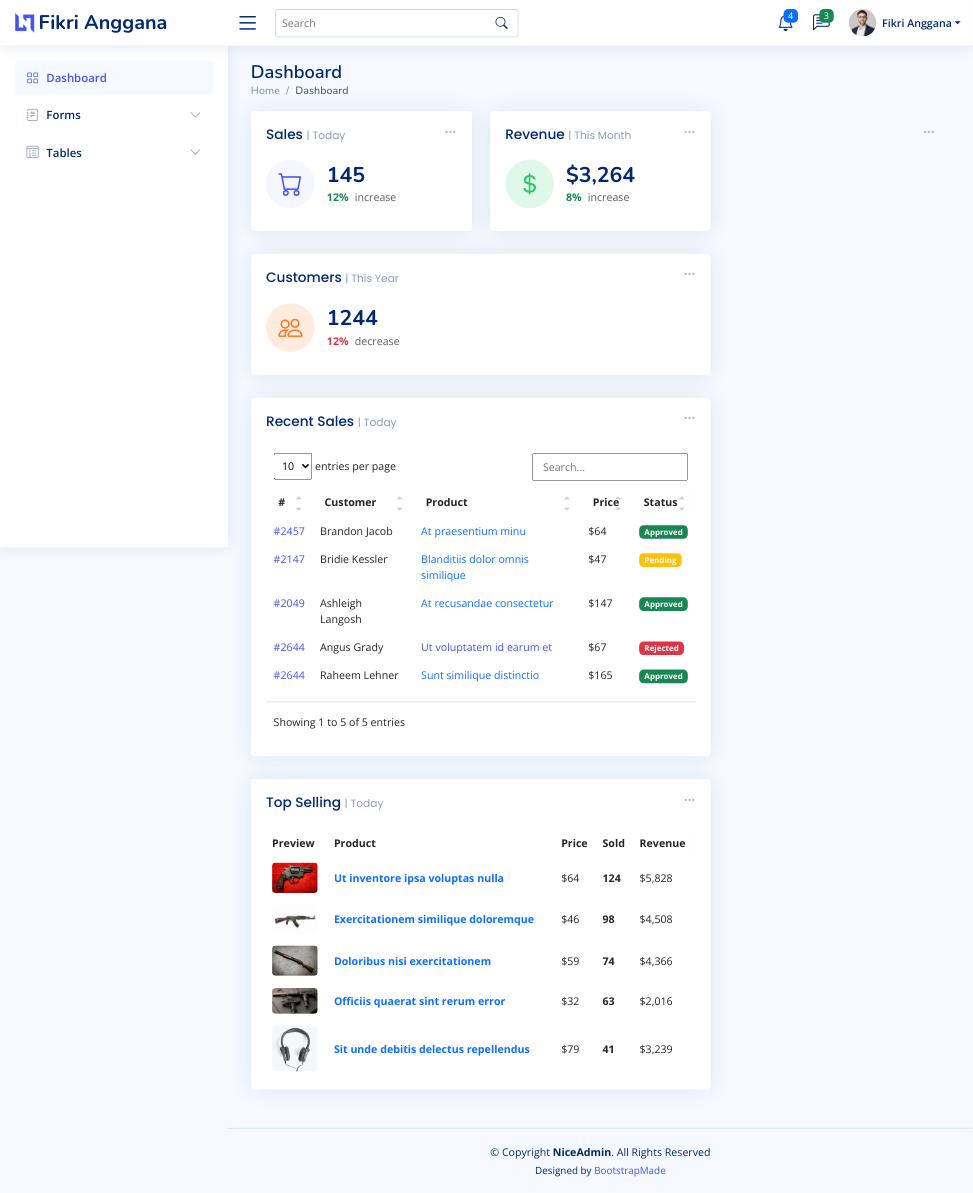
Repository: fikrianggana/PRG4_M2_P1_088
Page: NiceAdmin/index.html
The author's editor kept a copy of each file at every save. The page is drawn from the files as they stood at one save, then again after the next save.
The browser window is 1280 px wide. The pictures show the whole page, at 76% of full size.

Above is the page before, as saved 2023-09-19 23:42:38.

After the next save:
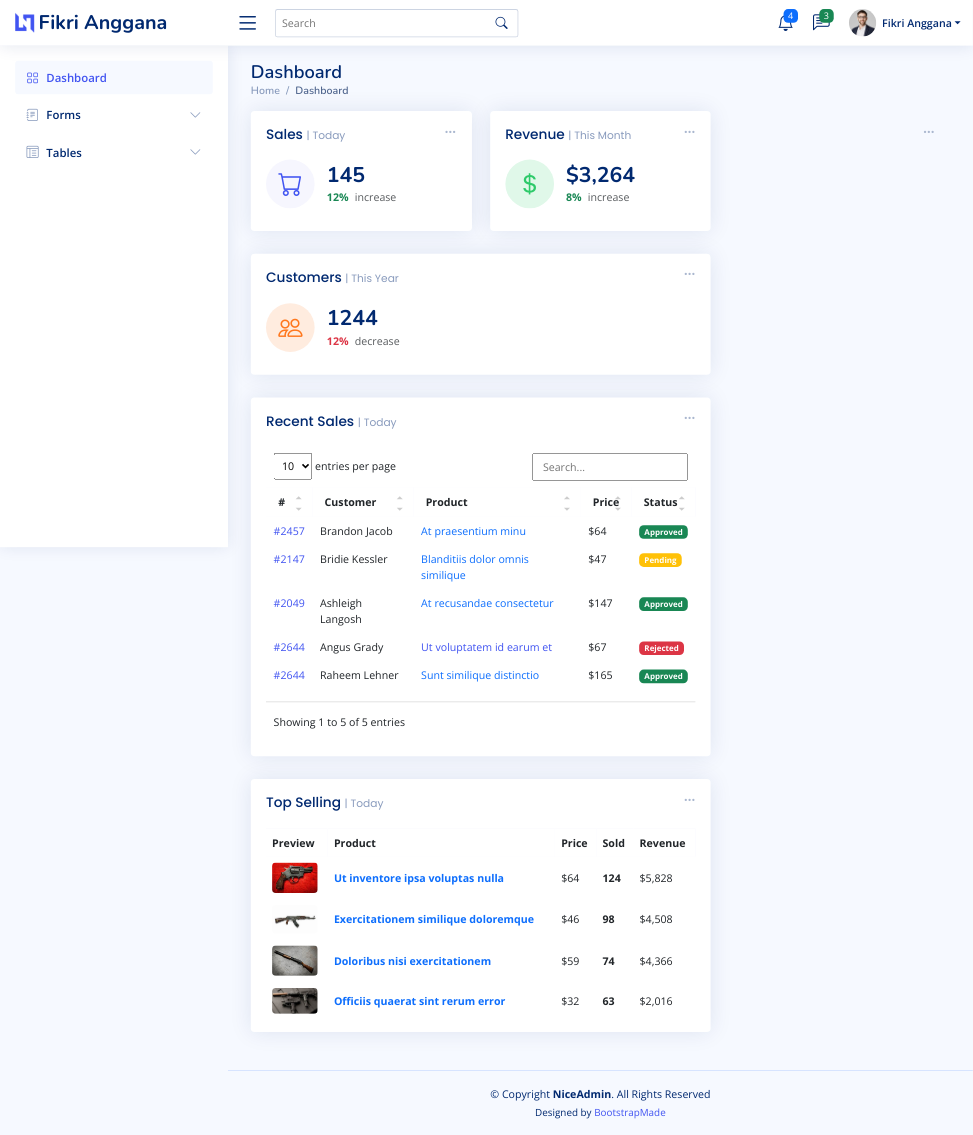
Saved 14 s later.
--- a/NiceAdmin/index.html
+++ b/NiceAdmin/index.html
@@ -567,13 +567,6 @@
                         <td class="fw-bold">63</td>
                         <td>$2,016</td>
                       </tr>
-                      <tr>
-                        <th scope="row"><a href="#"><img src="assets/img/product-5.jpg" alt=""></a></th>
-                        <td><a href="#" class="text-primary fw-bold">Sit unde debitis delectus repellendus</a></td>
-                        <td>$79</td>
-                        <td class="fw-bold">41</td>
-                        <td>$3,239</td>
-                      </tr>
                     </tbody>
                   </table>
 
